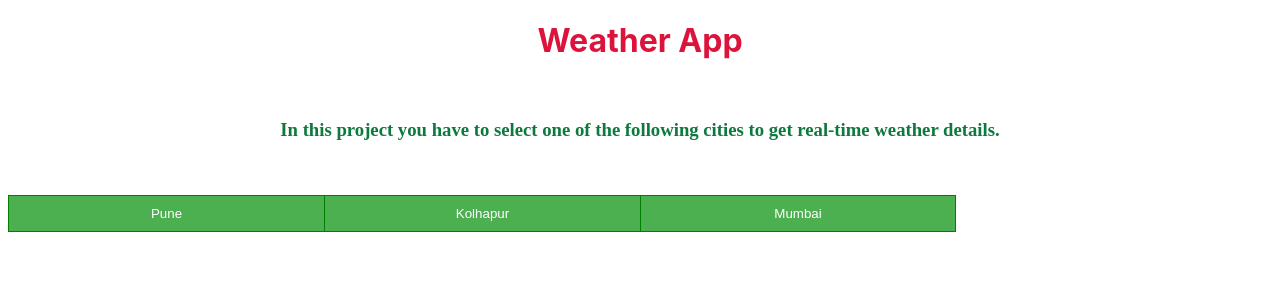
Repository: AalokJadhav/Weather_Website
Page: welcome.html
An editor plug-in stored every save of this project. The page is shown before and after the next save, followed by the edit.
The browser window is 1280 px wide. The pictures show the whole page.

Above is the page before, as saved 2020-11-03 08:05:01.

After the next save:
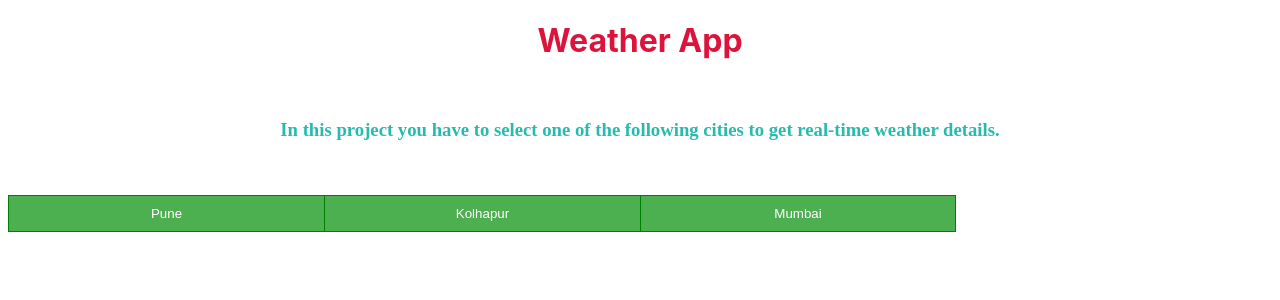
Saved 23 s later.
--- a/welcome.html
+++ b/welcome.html
@@ -35,7 +35,7 @@
     <h1 style="font-family:-apple-system, BlinkMacSystemFont, 'Segoe UI', Roboto, Oxygen, Ubuntu, Cantarell, 'Open Sans', 'Helvetica Neue', sans-serif; color: crimson;text-align: center;"> Weather App</h1>
     <br>
     <h3>
-        <p style="color: rgb(12, 121, 61);">
+        <p style="color: rgb(39, 187, 175);">
         In this project you have to select one of the following cities to get real-time weather details.
     </p>
     </h3>
